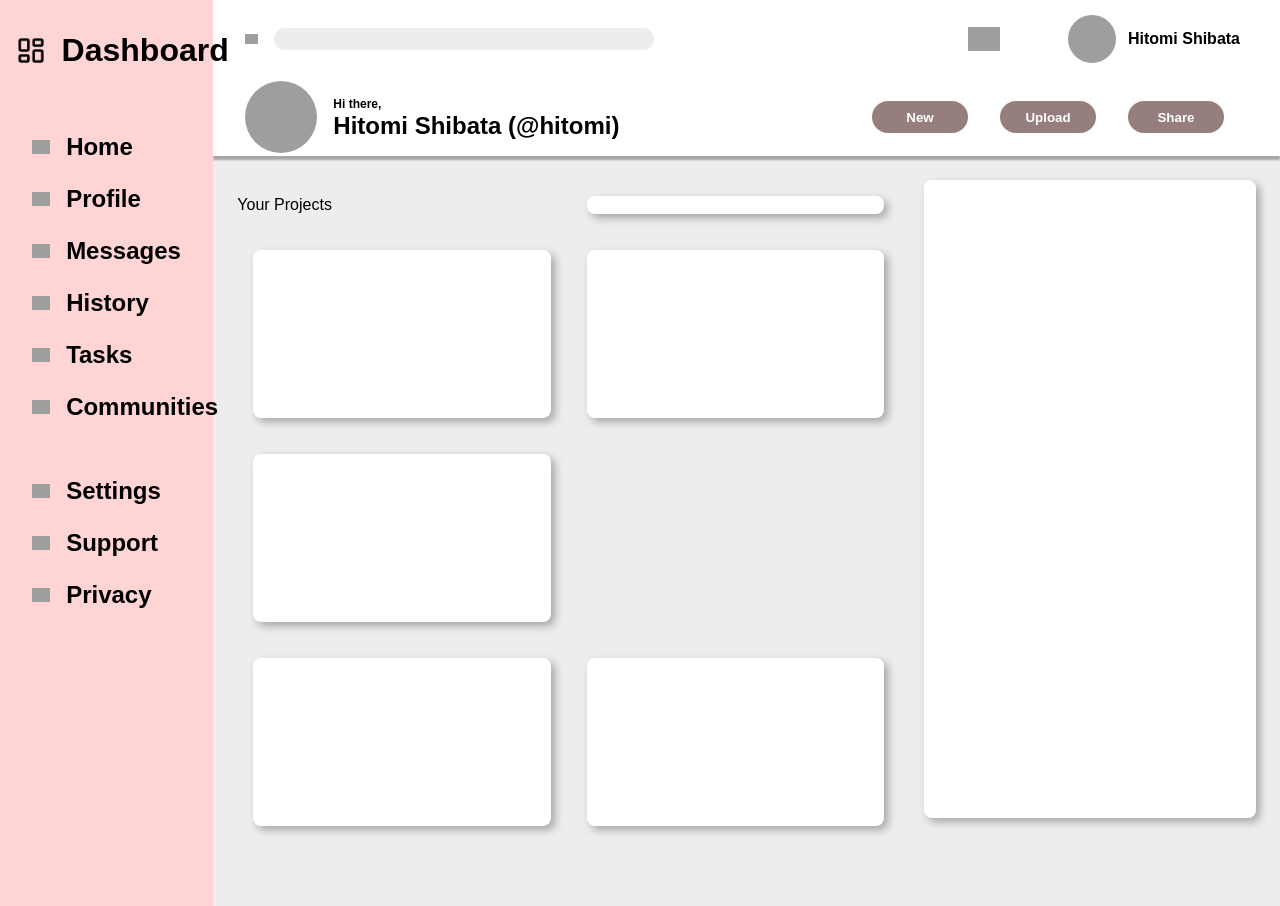
Repository: yeetzpxoci/dashboard
Page: index.html
An editor plug-in stored every save of this project. The page is shown before and after the next save, followed by the edit.
The browser window is 1280 px wide. The pictures show the whole page.
Pictures or frames that could not be fetched are drawn as grey boxes.

Above is the page before, as saved 2023-02-19 01:45:42.

### index.html
<!DOCTYPE html>
<html lang="en">
<head>
    <meta charset="UTF-8">
    <meta http-equiv="X-UA-Compatible" content="IE=edge">
    <meta name="viewport" content="width=device-width, initial-scale=1.0">
    <link rel="stylesheet" type="text/css" href="styles.css" />
    <title>Dashboard</title>
</head>
<body>
    <div class="sidebar">
        <div class="logo">
            <img src="dashboard-layout.png">
            <p>Dashboard</p>
        </div>

        <div class="icon-container1">
            <div class="icon">
                <img src="https://cdn-icons-png.flaticon.com/512/25/25694.png">
                <p>Home</p>
            </div>

            <div class="icon">
                <img src="https://cdn-icons-png.flaticon.com/512/6522/6522516.png">
                <p>Profile</p>
            </div>

            <div class="icon">
                <img src="https://cdn-icons-png.flaticon.com/512/739/739286.png">
                <p>Messages</p>
            </div>

            <div class="icon">
                <img src="https://cdn-icons-png.flaticon.com/512/32/32223.png">
                <p>History</p>
            </div>

            <div class="icon">
                <img src="https://www.svgrepo.com/show/79174/task-list.svg">
                <p>Tasks</p>
            </div>

            <div class="icon">
                <img src="https://icons.veryicon.com/png/o/business/classic-icon/community-12.png">
                <p>Communities</p>
            </div>
        </div>

        <div class="icon-container2">
            <div class="icon">
                <img src="https://cdn-icons-png.flaticon.com/512/126/126472.png">
                <p>Settings</p>
            </div>

            <div class="icon">
                <img src="https://upload.wikimedia.org/wikipedia/commons/thumb/1/17/FAQ_icon_%28Noun_like%29.svg/1255px-FAQ_icon_%28Noun_like%29.svg.png">
                <p>Support</p>
            </div>

            <div class="icon">
                <img src="https://cdn-icons-png.flaticon.com/512/4104/4104794.png">
                <p>Privacy</p>
            </div>
        </div>
    </div>

    <div class="header">
        <div class="search">
            <img src="https://cdn-icons-png.flaticon.com/512/3917/3917754.png">
            <input class="search-bar">
        </div>

        <img class="notification_icon" src="https://cdn-icons-png.flaticon.com/512/565/565422.png">

        <div class="profile-pic">
        </div>

        <p>Hitomi Shibata</p>

        <div class="user-info">
            <div class="profile-pic">
            </div>
            <p id="losinfo">
                <span style="font-size:12px;">Hi there,</span>
                <br>
                <span style="font-size:24px;">Hitomi Shibata (@hitomi)</span>
            </p>
        </div>
        <button>New</button>
        <button>Upload</button>
        <button>Share</button>
    </div>
    <div class="main-content">
        <div class="projects">
            <p>Your Projects</p>
            <div class="project">

            </div>

            <div class="project">

            </div>

            <div class="project">

            </div>

            <div class="project">

            </div>
            <p></p>
            <div class="project">

            </div>

            <div class="project">

            </div>
        </div>
        <div class="announcements">

        </div>
        <div class="trending">

        </div>
    </div>
</body>
</html>

### styles.css
html,
body {
    margin: 0;
    padding: 0;
    height: 100%;
}

body {
    min-height: 100vh;
    display: grid;
    grid-template-columns: 1fr 5fr;
    grid-template-rows: 1fr 4fr;
    font-family: Arial, Helvetica, sans-serif;
}

.sidebar {
    background-color: #FFD4D4;
    grid-column: 1 / 2;
    grid-row: 1 / 3;
    display: grid;
    grid-template-rows: 0.75fr 2fr 1fr 2fr;
    padding-left: 16px;
    gap: 32px;
    z-index: 2;
}

.icon-container1 {
    display: flex;
    flex-direction: column;
}

.icon-container2 {
    display: flex;
    flex-direction: column;
}

.logo, .icon {
    display: flex;
    align-items: center;
    font-weight: bold;
    gap: 16px;
}

.logo {
    font-size: 32px;
    align-self: baseline;
}

.icon {
    margin-top: -24px;
    font-size: 24px;
    margin-left: 16px;
}

.logo img {
    width: 15%;
}

.icon img {
    width: 10%;
}


.header {
    background-color: white;
    grid-column: 2 / 3;
    grid-row: 1 / 2;
    display: grid;
    grid-template-columns: 13fr 1fr 1fr 2fr;
    grid-template-rows: 1fr 1fr;
    padding-right: 24px;
    box-shadow: 0px 4px 2px rgb(0, 0, 0, 0.3);
    z-index: 1;
}

.search {
    display: flex;
    justify-content: flex-start;
    align-items: center;
    gap: 16px;
    margin-left: 32px;
}

.search img{
    width: 2%;
}

.search input {
    width: 60%;
    border-radius: 12px;
    border-width: 0px;
    background-color: #eeeded;
    height: 25%;
}

.notification_icon {
    width: 25%;
    align-self: center;
    justify-self: end;
}

.profile-pic {
    border-radius: 50%;
    background-image: url("https://i.pinimg.com/originals/49/c0/e8/49c0e871fbe0be71396aa94fe1d93ddc.jpg");
    background-position: center;
    background-size: cover;
    background-repeat: no-repeat;
    overflow: hidden;
}

.header > .profile-pic {
    width: 48px;
    height: 48px;
    align-self: center;
    justify-self: end;
    margin-right: 12px;
}

.user-info {
    display: flex;
    gap: 16px;
}

.user-info > .profile-pic {
    width: 72px;
    height: 72px;
    margin-left: 32px;
    align-self: center;
}

.header p {
    align-self: center;
    font-weight: bolder;
    justify-self: baseline;
}

button {
    height: 40%;
    width: 96px;
    align-self: center;
    justify-self: baseline;
    background-color: #977e7e;
    border-radius: 24px;
    border-width: 0px;
    color: white;
    margin-right: 32px;
    font-weight: bold;
}

.main-content {
    background-color: #eeeded;
    grid-column: 2 / 3;
    grid-row: 2 / 3;
    padding-left: 24px;
    padding-right: 24px;
    padding-top: 24px;
    padding-bottom: 64px;
    display: grid;
    grid-template-columns: 2fr 1fr;
    grid-template-rows: 1fr;
    gap: 24px;
}

.projects {
    width: 100%;
    display: grid;
    grid-template-columns: repeat(2, 1fr);
    grid-template-rows: 1fr 4fr 4fr 4fr;
    gap: 4px;
    grid-column: 1 / 2;
    grid-row: 1 / 3;
}

.project {
    background-color: white;
    border-radius: 8px;
    box-shadow: 4px 4px 8px rgb(0, 0, 0, 0.3);
    margin: 16px;
}

.announcements {
    width: 100%;
    display: grid;
    grid-template-rows: 1fr 1fr 1fr;
    grid-row: 1 / 2;
    background-color: white;
    border-radius: 8px;
    box-shadow: 4px 4px 8px rgb(0, 0, 0, 0.3);
}

.trending {
    width: 100%;
    display: grid;
    grid-template-rows: 1fr 1fr 1fr;
    background-color: aqua;
    grid-row: 2 / 3;
    background-color: white;
    border-radius: 8px;
    box-shadow: 4px 4px 8px rgb(0, 0, 0, 0.3);
}

After the next save:
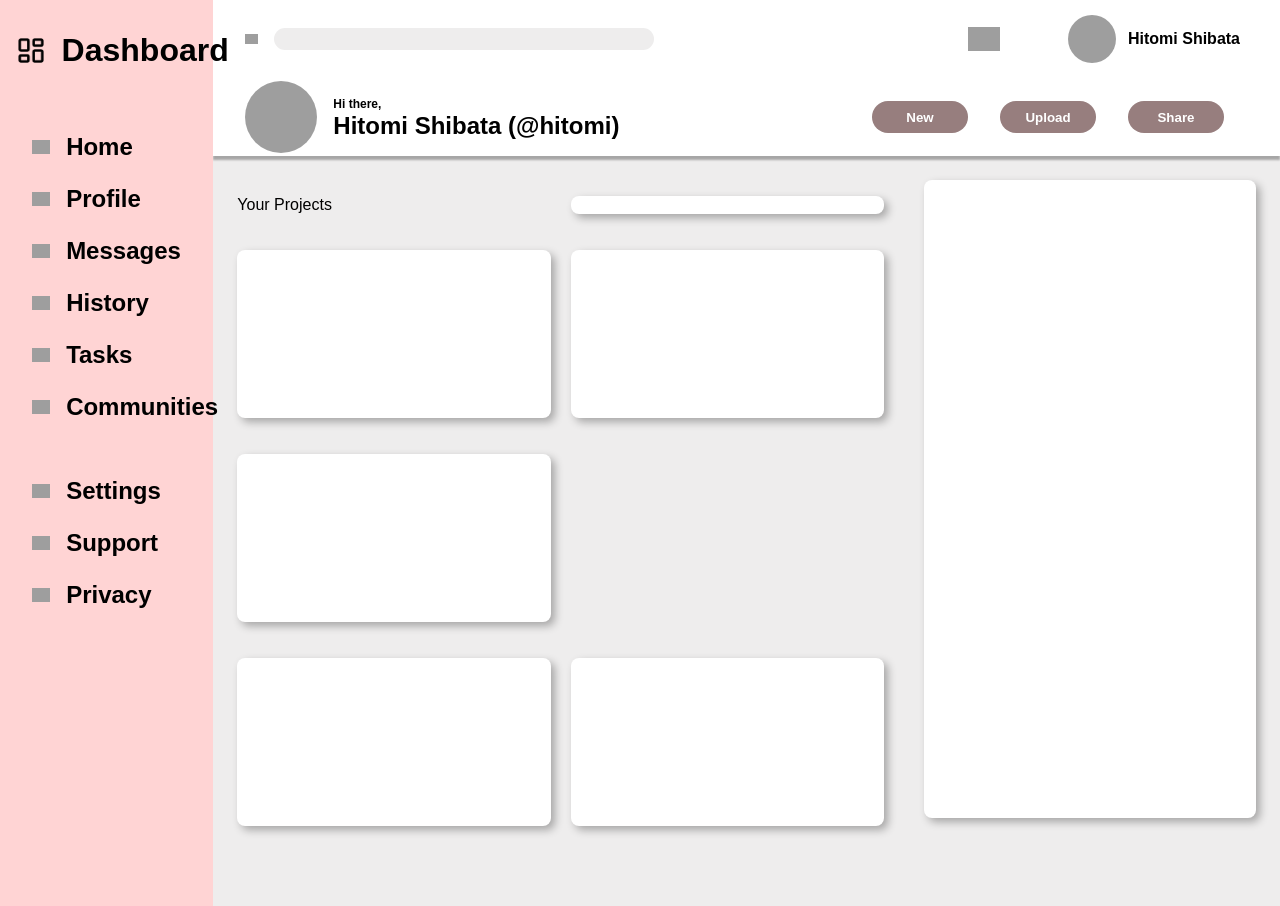
Saved 13 s later.
--- a/styles.css
+++ b/styles.css
@@ -176,6 +176,7 @@ button {
     border-radius: 8px;
     box-shadow: 4px 4px 8px rgb(0, 0, 0, 0.3);
     margin: 16px;
+    margin-left: 0px;
 }
 
 .announcements {
